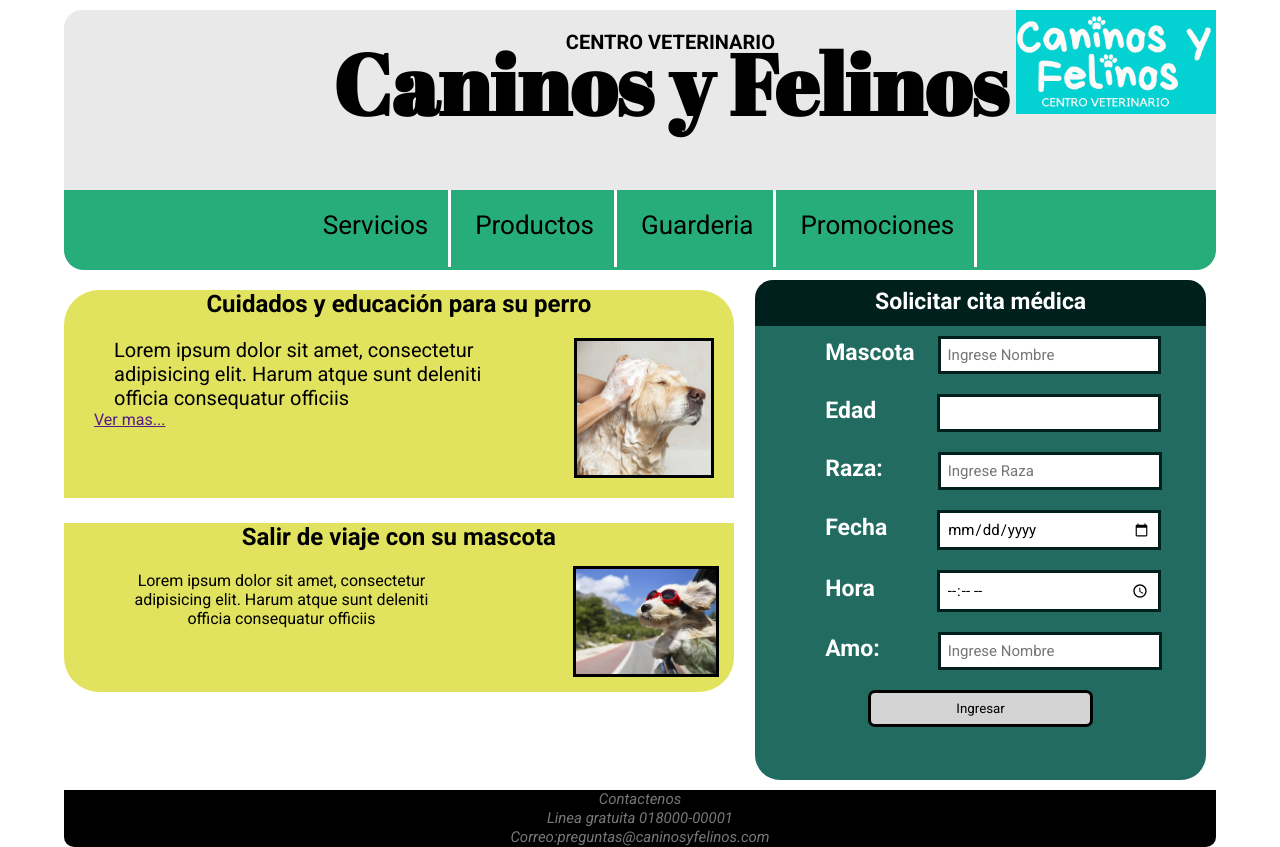
Repository: NickArregoces/Veterinaria
Page: Index.html
These files come from the project's save history. The page is drawn as it stood at one moment and after the next save; the edit follows.
The browser window is 1280 px wide. The pictures show the whole page.

Above is the page before, as saved 2021-10-08 18:09:34.

### Index.html
<!DOCTYPE html>
<html lang="en">
<head>
    <meta charset="UTF-8">
    <meta http-equiv="X-UA-Compatible" content="IE=edge">
    <meta name="viewport" content="width=device-width, initial-scale=1.0">
    <title>Canicos y felinos</title>
    <link rel="stylesheet" href="/CSS/Style.css">
    <link href="https://fonts.googleapis.com/css2?family=Roboto:ital,wght@0,100;0,300;0,400;0,500;0,700;0,900;1,100;1,300;1,400;1,500;1,700;1,900&display=swap" rel="stylesheet">
    <link rel="preconnect" href="https://fonts.googleapis.com">
    <link rel="preconnect" href="https://fonts.gstatic.com" crossorigin>
    <link href="https://fonts.googleapis.com/css2?family=Abril+Fatface&display=swap" rel="stylesheet">

</head>
<body>
    <div id="head">
        <header>
            <div class="image">
                <img src="/Images/logo.png" alt="logo">
            </div>
            <div class="title" >
                <h3>CENTRO VETERINARIO</h3>
                <h1>Caninos y Felinos</h1>
            </div>

        </header>

        <div class="navegador">
            <ul class="menu">
                <li><a href="#">Servicios</a></li>
                <li><a href="#">Productos</a></li>
                <li><a href="#">Guarderia</a></li>
                <li><a href="#">Promociones</a></li>
            </ul>
        </div>

    </div>
        <div id="Contenido">
            <div class="section">

                <form action="" class="cita">
                    <h3 style="color: rgb(255, 255, 255);">Solicitar cita médica</h3>
                        <div class="Mascota">
                            <h4>Mascota<input type="text" placeholder="Ingrese Nombre" required></h4>
                        </div>

                        <div class="Edad">
                            <h4>Edad<input type="number" required></h4>
                        </div>

                        <div class="Raza">
                            <h4>Raza:<input type="text" placeholder="Ingrese Raza" required></h4>
                        </div>
                        <div class="Fecha">
                            <h4>Fecha<input type="date" placeholder="" required></h4>
                        </div>

                        <div class="Hora">
                            <h4>Hora<input type="time" required></h4>
                        </div>

                        <div class="Amo">
                            <h4>Amo:<input type="text" placeholder="Ingrese Nombre" required></h4>
                        </div>

                    <div class="button">
                        <button class="sumbit"> Ingresar </button>
                    </div>

                </form>
            </div>

            <div id="Cuadros">
                <aside>
                    <div class="Cuidados">
                        <h2 style="color: rgb(0, 0, 0);">Cuidados y educación para su perro</h2>

                        <div id="Prueba">
                        <img id="Prubea" src="/Images/credit.png" alt="">


                        <p>Lorem ipsum dolor sit amet, consectetur adipisicing elit.
                            Harum atque sunt deleniti officia consequatur officiis</p>
                        <div></div>
                        <a href="">Ver mas...</a>
                        </div>
                    </div>
                    <div class="Viajes">
                        <h2 style="color: rgb(0, 0, 0);">Salir de viaje con su mascota</h2>

                        <div id="Prueba">
                            <img id="Prubea" src="/Images/Wallpaper(80).jpg" alt="">
                        </div>
                            <p>Lorem ipsum dolor sit amet, consectetur adipisicing elit.
                            Harum atque sunt deleniti officia consequatur officiis</p>
                    </div>
                </aside>
            </div>

            <div>
                <footer>
                        <p>Contactenos</p>
                        <p>Linea gratuita 018000-00001</p>
                        <p>Correo:preguntas@caninosyfelinos.com</p>
                </footer>
            </div>
        </div>

</body>
</html>

### CSS/Style.css

*{
    margin: 0 auto;
    padding: 0px;
    list-style:none;
    font-family: 'Roboto', sans-serif;
}
body{
    font-family: Arial, Helvetica, sans-serif;
    background: rgb(255, 255, 255);
    width: 90%;
    color: rgb(0, 0, 0);
}
header{
    width: 100%;
    margin-top: 10px;
    background:rgb(233, 233, 233);
    border-top-left-radius:  18px;
    border-top-right-radius:  18px;
    height: 180px;
}
    img{
        float: right;
        width: 200px;
    }
    .title{
        float: right;
        width: 60%;
        margin-top: 20px;
    }
    header h1{
        font-family: 'Abril Fatface', cursive;
        font-size: 85px;
        text-align: center;
        line-height: 60px;
        display: block;
        color: black;
    }
    header h3{
        font-size: 20px;
        text-align: center;
    }
div.navegador{
    text-align: center;
}
    ul.menu{
        border-bottom-left-radius: 20px 20px;
        border-bottom-right-radius: 20px 20px;
        background: rgb(38, 173, 122);
        height: 80px;
        list-style: none;
        padding: 0;
        max-width: 10000px;
    }
    .menu li a{
        height: 37px;
        font-size: 26px;
        margin-right: 1px;
        text-decoration: none;
        color:black;
        padding: 20px;
        display: table-cell;
    }
    .menu li {
        border-right: solid white;
        display: inline-block;
        }
    .menu li a:hover{
        background: #242323b6;
        color: white;
        }

.section{
    width: 40%;
    float: right;
}
    /*Formulario Login*/
    form{
        background: rgb(33, 107, 97);
        border-radius: 25px;
        margin-top: 10px;
        margin-right:10px;
        margin-bottom: 10px;
        height: 500px;
    }
        form h3{
            font-size: 23px;
            text-align: center;
            background: rgb(0, 32, 29);
            height: 30px;
            padding: 8px;
            border-top-left-radius: 18px;
            border-top-right-radius: 18px;
        }
        form h4{
            font-size: 23px;
            padding: 10px;
            margin-left: 60px;
            color: rgb(255, 255, 255);

        }
        form input{
            font-size: 15px;
            width: 55%;
            padding: 7px;
            display: inline;
            border: solid rgb(0, 32, 29);
            margin-left: 10px;
        }
        div.Mascota input {
            margin-left: 23px;
        }
        div.Edad input {
            margin-left: 61px;
        }
        div.Raza input {
            margin-left: 55px;
        }
        div.Fecha input {
            margin-left: 50px;
        }
        div.Hora input {
            margin-left: 62px;
        }
        div.Amo input {
            margin-left: 58px;
        }
        div.button{
            margin-top: 10px;
            margin: auto;
            text-align: center;
            width: 50%;
            cursor: pointer;
        }
        button{
            margin-top: 10px;
            width: 100%;
            padding: 8px;
            background: rgb(212, 212, 212);
            border-radius: 7px;
            border: solid black;
            cursor: pointer;
        }
        button:hover{
            background: #000000b6;
            color: rgb(255, 255, 255);
        }
aside{
    width: 59%;
    height: 500px;
    margin-top: 10px;
    float: left;
    margin-bottom: 10px;
}
    div.Cuidados{
        border-top-left-radius: 35px;
        border-top-right-radius: 35px;
        margin-top: 10px;
        margin-right: 10px;
        background: rgba(216, 219, 45, 0.76);
        overflow:hidden;
    }
    /*Centrado Imagenes aside*/
    #Prueba{
        float: right;
    }
        div.Cuidados h2{
            text-align: center;
        }
        div.Cuidados img {
            margin: 20px;
            width: 20%;
            border: solid black;
        }
        /*Efecto Imagenes aside*/
        div img:hover{
            -webkit-transform:scale(0.9);
            transform:scale(0.9);
        }
        div.Cuidados p{
            font-size: 20px;
            margin-top: 20px;
            margin-left: 50px;
            width: 60%;
            display: inline-block;
        }
        div.Cuidados a{
            margin-left: 30px;
            margin-top: 100px;
        }

    div.Viajes {
        border-bottom-right-radius: 35px;
        border-bottom-left-radius: 35px;
        margin-top: 25px;
        margin-right: 10px;
        background: rgba(216, 219, 45, 0.76);
        overflow: hidden;
    }
        div.Viajes h2{
            text-align: center;
        }
        div.Viajes img {
            width: 140px;
            margin: 15px;
            border: solid black;
        }
        div.Viajes p{
            margin-top: 20px;
            margin-left: 50px;
            width: 50%;
            display: inline-block;
            text-align: center;
        }

footer{
    background: black;
    clear: both;
    border-bottom-left-radius: 10px;
    border-bottom-right-radius: 10px;
}
    footer p{
        font-size: 15px;
        text-align: center;
        line-height: 15px;
        color: rgb(121, 119, 119);
        font-style:italic;
        padding: 2px;
    }

After the next save:
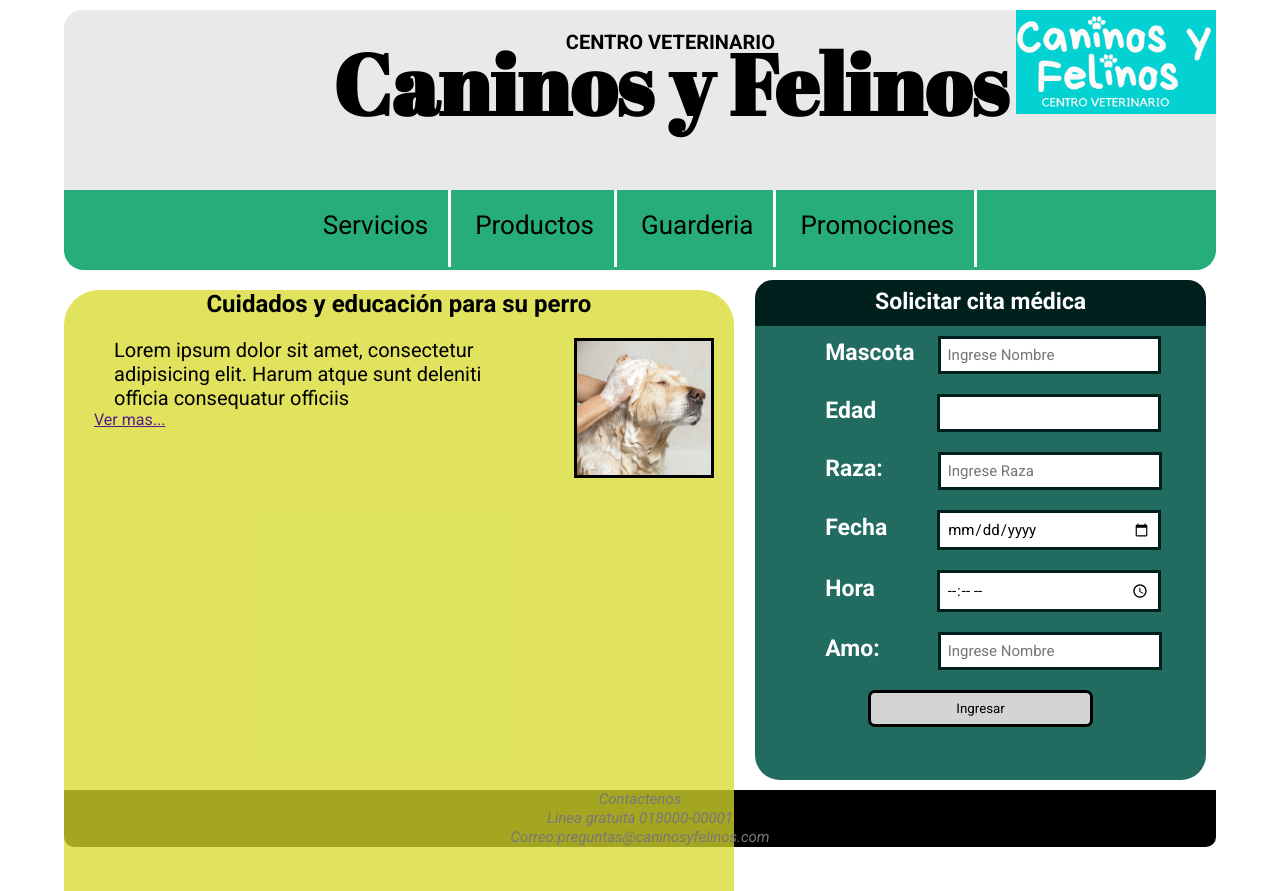
Saved 5 s later.
--- a/Index.html
+++ b/Index.html
@@ -81,7 +81,7 @@
 
                         <p>Lorem ipsum dolor sit amet, consectetur adipisicing elit.
                             Harum atque sunt deleniti officia consequatur officiis</p>
-                        <div></div>
+                        <div>
                         <a href="">Ver mas...</a>
                         </div>
                     </div>

After the 3 saves that followed:
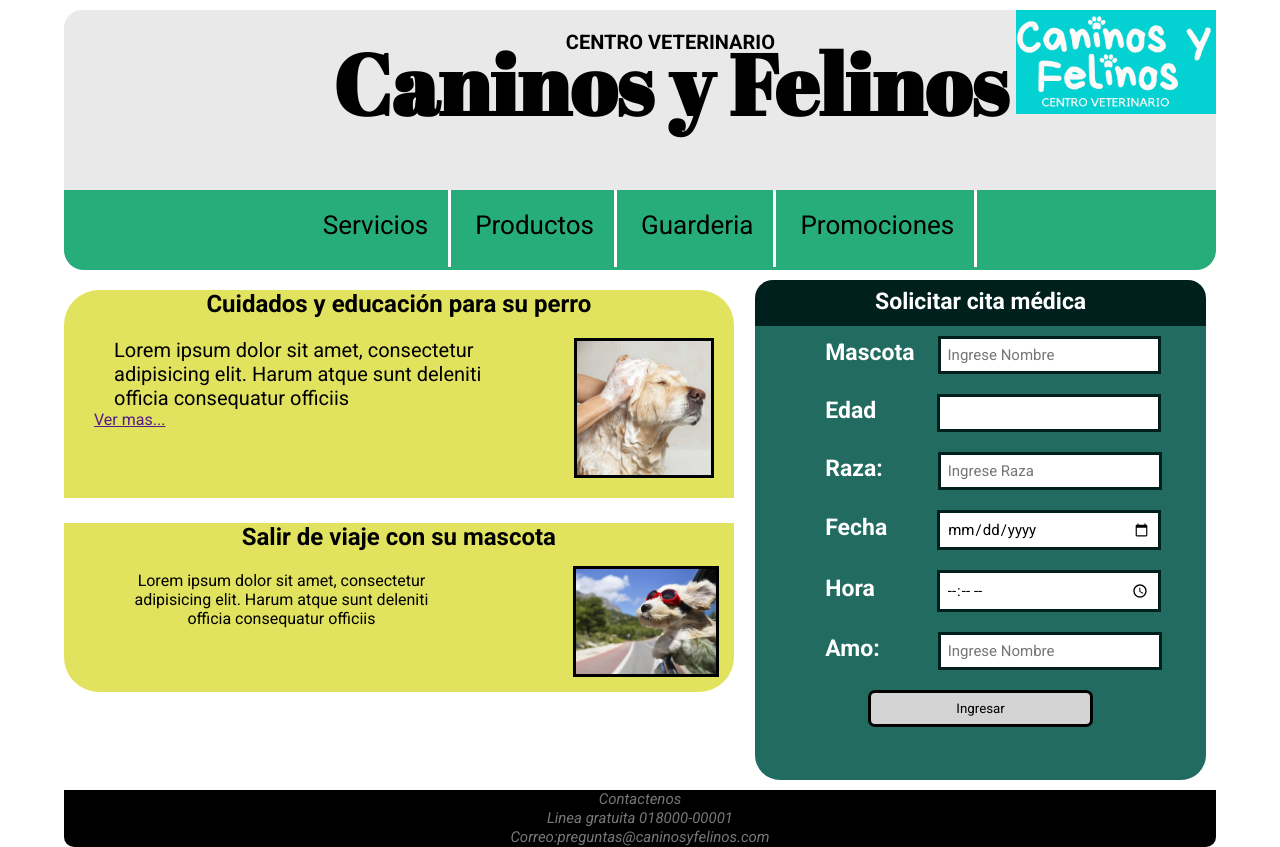
The 3 saves are shown as one change because they came seconds apart.
The last was saved 14 s later.
--- a/Index.html
+++ b/Index.html
@@ -81,8 +81,8 @@
 
                         <p>Lorem ipsum dolor sit amet, consectetur adipisicing elit.
                             Harum atque sunt deleniti officia consequatur officiis</p>
-                        <div>
-                        <a href="">Ver mas...</a>
+
+                        <div></div><a href="">Ver mas...</a>
                         </div>
                     </div>
                     <div class="Viajes">
